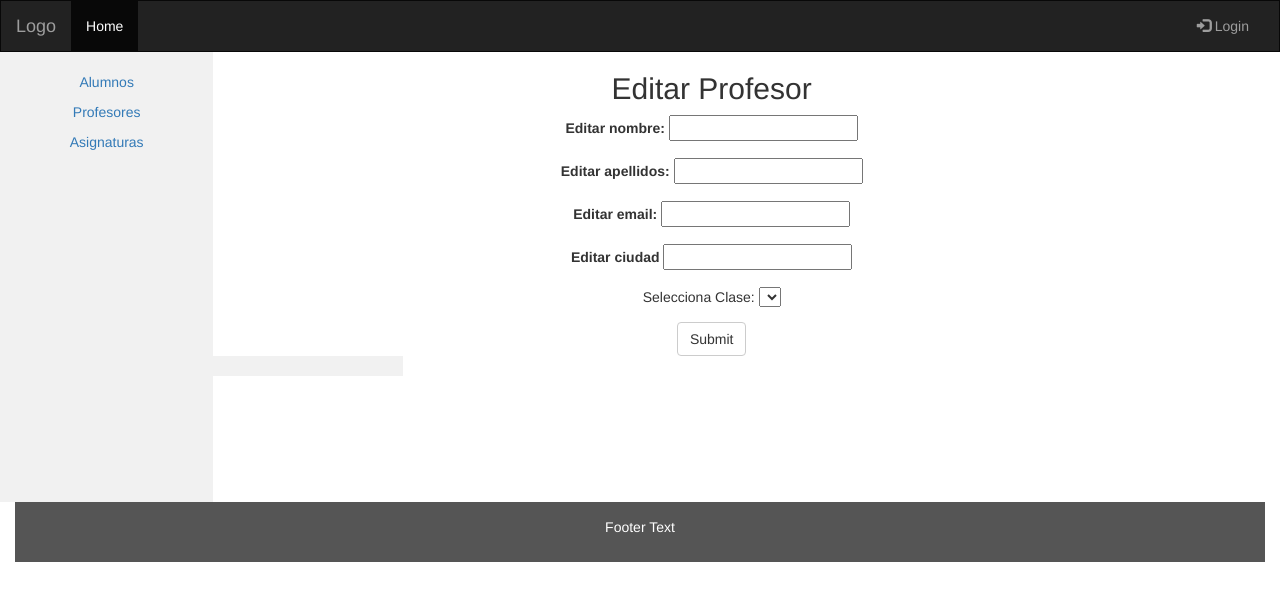
Repository: gsegovia69/BecaJava_2019
Page: http://localhost/editarprofe
The author's editor kept a copy of each file at every save. The page is drawn from the files as they stood at one save, then again after the next save.
The browser window is 1280 px wide. The pictures show the whole page.
The page is this project's Thymeleaf template; nobody is signed in. The template is opened directly, without the code that normally fills it, so the values that code supplies are empty.

Above is the page before, as saved 2019-05-16 14:37:33.

### EJERCICIOS/ROBERTO_QUESADA/Everis/springisthebest/springisthebest/src/main/resources/templates/editarprofe.html
<!DOCTYPE html>
<html xmlns="http://www.w3.org/1999/xhtml"
	  xmlns:th="http://www.thymeleaf.org">
<head>
  <title>Bootstrap Example</title>
  <meta charset="utf-8">
  <meta name="viewport" content="width=device-width, initial-scale=1">
  <link rel="stylesheet" href="https://maxcdn.bootstrapcdn.com/bootstrap/3.4.0/css/bootstrap.min.css">
  <script src="https://ajax.googleapis.com/ajax/libs/jquery/3.4.0/jquery.min.js"></script>
  <script src="https://maxcdn.bootstrapcdn.com/bootstrap/3.4.0/js/bootstrap.min.js"></script>
  <style>
    /* Remove the navbar's default margin-bottom and rounded borders */
    .navbar {
      margin-bottom: 0;
      border-radius: 0;
    }

    /* Set height of the grid so .sidenav can be 100% (adjust as needed) */
    .row.content {height: 450px}

    /* Set gray background color and 100% height */
    .sidenav {
      padding-top: 20px;
      background-color: #f1f1f1;
      height: 100%;
    }

    /* Set black background color, white text and some padding */
    footer {
      background-color: #555;
      color: white;
      padding: 15px;
    }

    /* On small screens, set height to 'auto' for sidenav and grid */
    @media screen and (max-width: 767px) {
      .sidenav {
        height: auto;
        padding: 15px;
      }
      .row.content {height:auto;}
    }
  </style>
</head>
<body>
<nav class="navbar navbar-inverse">
  <div class="container-fluid">
    <div class="navbar-header">
      <button type="button" class="navbar-toggle" data-toggle="collapse" data-target="#myNavbar">
        <span class="icon-bar"></span>
        <span class="icon-bar"></span>
        <span class="icon-bar"></span>
      </button>
      <a class="navbar-brand" href="#">Logo</a>
    </div>
    <div class="collapse navbar-collapse" id="myNavbar">
      <ul class="nav navbar-nav">
        <li class="active"><a href="#">Home</a></li>
      </ul>
      <ul class="nav navbar-nav navbar-right">
        <li><a href="#"><span class="glyphicon glyphicon-log-in"></span> Login</a></li>
      </ul>
    </div>
  </div>
</nav>

<div class="container-fluid text-center">
  <div class="row content">
    <div class="col-sm-2 sidenav">
      <p><a th:href="@{/listado}">Alumnos</a></p>
      <p><a th:href="@{/listadoprofesores}">Profesores</a></p>
      <p><a th:href="@{/listasign}">Asignaturas</a></p>
    </div>
<div class="container">
  <h2>Editar Profesor</h2>
  <form action=# method="post" th:object="${profe}" th:action="@{/editarProfe}">
    <div class="form-group">
      <label for="nombre">Editar nombre:</label>
      <input type="text" th:field="${profe.nombre}" >
    </div>
    <div class="form-group">
    	<label for="nombre">Editar apellidos:</label>
      	<input type="text" th:field="${profe.apellidos}" >
    </div>
       <div class="form-group">
    	<label for="nombre">Editar email:</label>
      	<input type="text" th:field="${profe.email}" >
    </div>
       <div class="form-group">
    	<label for="nombre">Editar ciudad</label>
      	<input type="text" th:field="${profe.ciudad}" >
    </div>
      <div>
                <td>Selecciona Clase:</td>
                <td>
                    <select th:field="${profe.idClase.id}" >
                         <option th:each="curso : ${profe.cursos}"
                            th:value="${{curso.id}}"
                            th:text="${curso.nombre}"
                            th:selected="(${curso.id} eq ${profe.idClase.id})"/>
                  </select>
                    </td>

                  </div>
       <div class="form-group">
      	<input type="hidden" th:field="${profe.id}" value="">
    </div>

    <input type="hidden" th:field="${profe.nombreCurso}" value="${profe.nombreCurso}">
    <button type="submit" class="btn btn-default">Submit</button>
  </form>
 <div class="col-sm-2 sidenav">

    </div>
  </div>
</div>

<footer class="container-fluid text-center">
  <p>Footer Text</p>
</footer>

</body>
</html>

After the next save:
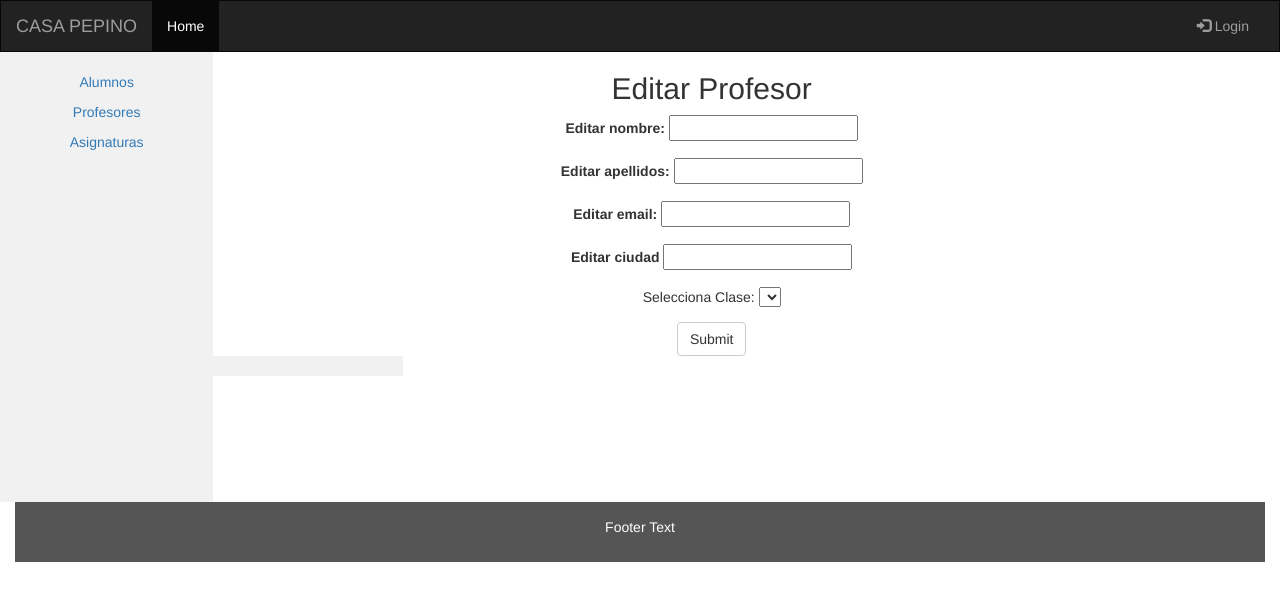
Saved 12 s later.
--- a/EJERCICIOS/ROBERTO_QUESADA/Everis/springisthebest/springisthebest/src/main/resources/templates/editarprofe.html
+++ b/EJERCICIOS/ROBERTO_QUESADA/Everis/springisthebest/springisthebest/src/main/resources/templates/editarprofe.html
@@ -51,7 +51,7 @@
         <span class="icon-bar"></span>
         <span class="icon-bar"></span>
       </button>
-      <a class="navbar-brand" href="#">Logo</a>
+      <a class="navbar-brand" href="#">CASA PEPINO</a>
     </div>
     <div class="collapse navbar-collapse" id="myNavbar">
       <ul class="nav navbar-nav">
